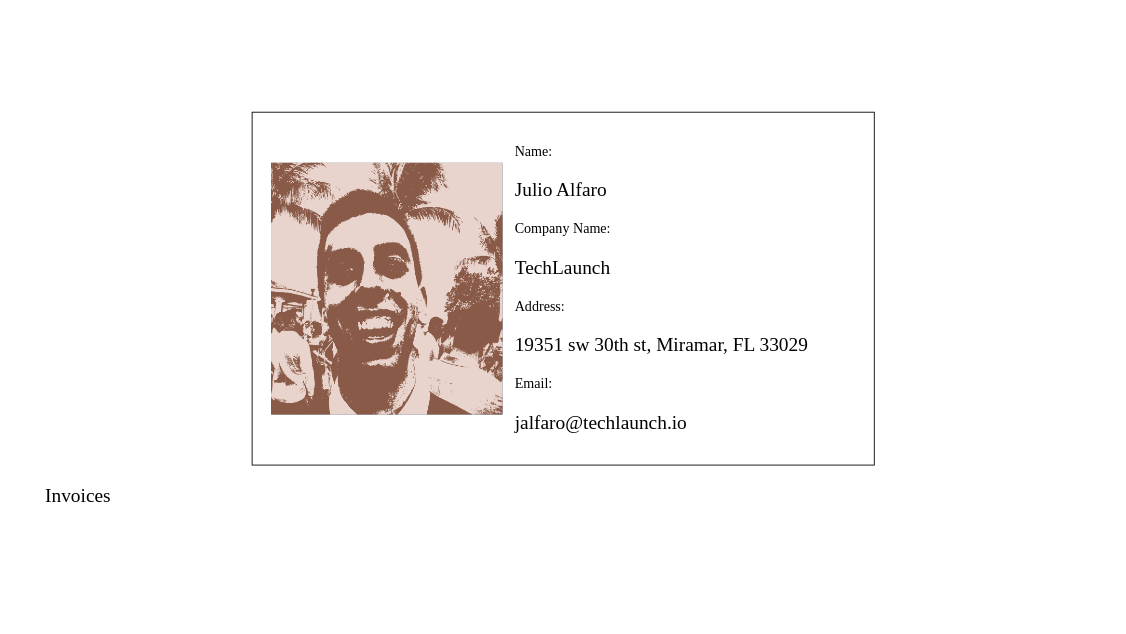
Repository: Juliolikescoding/WEB1100_invoice_app
Page: index.html
These files come from the project's save history. The page is drawn as it stood at one moment and after the next save; the edit follows.
The browser window is 1280 px wide. The pictures show the whole page, at 88% of full size.
Some web fonts or font styles are not loaded; a fallback is used.

Above is the page before, as saved 2018-05-17 18:34:22.

### index.html
<!DOCTYPE html>
<html lang="es">
<head>
    <meta charset="UTF-8">
    <meta name="viewport" content="width=device-width, initial-scale=1.0">
    <meta http-equiv="X-UA-Compatible" content="ie=edge">
    <link href="https://fonts.googleapis.com/css?family=Nobile" rel="stylesheet">
    <title>Invoice App</title>
    <style>
        body{
            margin: 10% 4% 4% 4%;
        }
        .userContainer{
            display: flex;
            height: 25em;
            align-items: center;
            justify-content: center;
        }
        .invoiceContainer{
            margin-top: 4em;
            display: flex;
            flex-wrap: wrap;
            width:100%;
            height: auto;
        }
        .userProfile{
            border: 1px solid black;
            display: flex;
            width: 60%;
            height: 100%;
        }
        .user{
            height: auto;
        }
        #picContainer{
            width: 40%;
            margin: 8% 0% 8% 3%;
            background-color: #4D6076;
        }
        #infoContainer{
            margin: 5% 2% 2% 2%;
            width: 60%;
            font-family: Nobile;
	        font-size: 16px;
        }
        p{
            font-size: 22px;
        }
        img{
            position: relative;
            width: 100%;
            height: 100%;
        }
        .invoice{
            border: 1px solid black;
            margin: 6% 3% 0% 3%;
            padding: 2%;
            width: 250px;
            height: auto;

        }
        .invoice > p{
            position: relative;
            margin: 5px;
            left: 25%;
            font-size: 18px;
        }
    </style>
</head>
<body>
     <div class="userContainer">
         <div class="userProfile">
             <div class="user" id="picContainer">
                 <img  " alt="there should be a logo here.">
             </div>
             <div class="user" id="infoContainer">
                 Name:
                 <p class="name"></p>
                 Company Name:
                 <p class="companyName"></p>
                 Address:
                 <p class="address"></p>
                 Email:
                 <p class="email"></p>
             </div>
         </div>
     </div>
     <p>Invoices</p>
    <script>
        //Fake it til you make it Database
        var user = {
            name:"Julio Alfaro" ,
            companyName:"TechLaunch" ,
            address: "19351 sw 30th st, Miramar, FL 33029",
            email:"jalfaro@techlaunch.io" ,
            picture: "profile.png"
        }

        // var invoices = [
        //     {
        //         inv_id: "0156321",
        //         companyName: user.companyName,
        //         date: "9/7/2017",
        //         order: "Dell Computers",
        //         amount: 3,
        //         cost: 3457.67,
        //         paid: 3457.67
        //     },
        //     {
        //         inv_id: "0145632",
        //         companyName: user.companyName,
        //         date: "1/5/2017",
        //         order: "HP Printers",
        //         amount: 2,
        //         cost: 248.00,
        //         paid: 150.00
        //     },
        //     {
        //         inv_id: "0132110",
        //         companyName: user.companyName,
        //         date: "6/14/2016",
        //         order: "Marketing Coffee Mugs",
        //         amount: 160,
        //         cost: 414.00,
        //         paid: 414.00
        //     }

        // ]


        // //element selectors
        document.querySelector(".name").textContent = user.name
        document.querySelector(".companyName").textContent = user.companyName
        document.querySelector(".address").textContent = user.address
        document.querySelector(".email").textContent = user.email
        document.querySelector("img").src = user.picture
        // //adding invoices
        // for(var i=0; i<invoices.length; i++){
        //     document.querySelector('.invoiceContainer').innerHTML += `
        //     <div class="invoice" id=${invoices[i].inv_id}>
        //         Invoice #:   <br/>
        //         <p>${} </p>
        //         Company Name:   <br />
        //         <p>${} </p>
        //         Date:  <br />
        //         <p> ${} </p>
        //         Order:  <br />
        //         <p>${} </p>
        //         Amount:   <br />
        //         <p>${} </p>
        //         Cost:       <br />
        //         <p>$${} </p>
        //         Paid:       <br />
        //         <p> $${} </p>
        //         Owed:        <br />
        //         <p>$${} </p>
        //     </div>
        //     `
        // }


    </script>
</body>
</html>

After the next save:
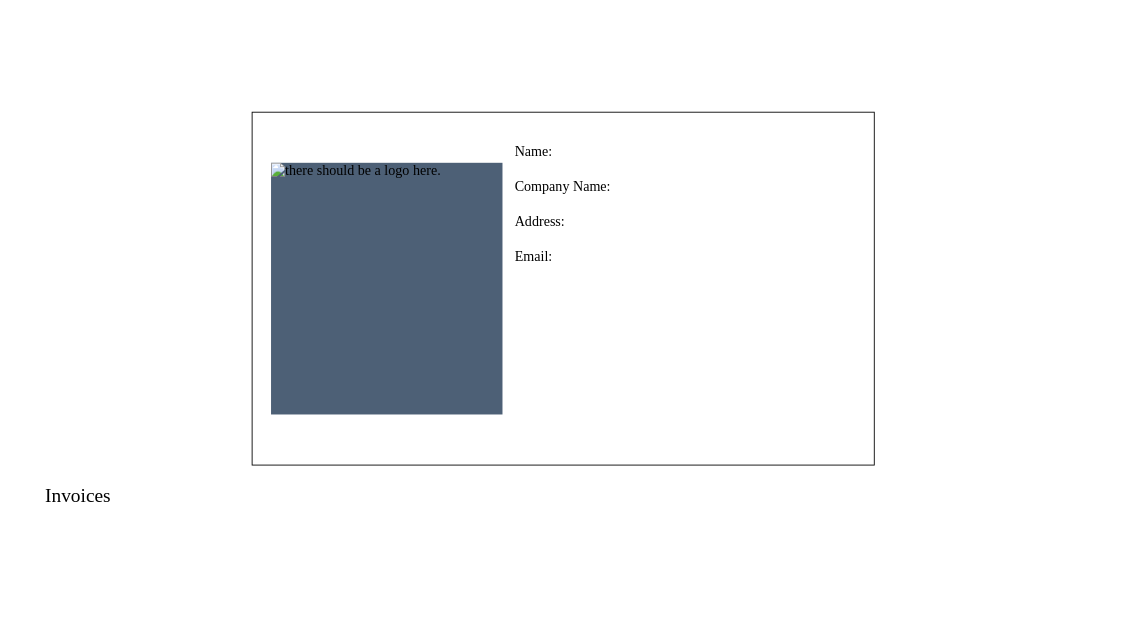
Console error: SyntaxError: Unexpected token '}'
Saved 26 min 3 s later.
--- a/index.html
+++ b/index.html
@@ -86,6 +86,9 @@
          </div>
      </div>
      <p>Invoices</p>
+     <div class="invoiceContainer">
+
+     </div>
     <script>
         //Fake it til you make it Database
         var user = {
@@ -96,36 +99,36 @@
             picture: "profile.png"
         }
 
-        // var invoices = [
-        //     {
-        //         inv_id: "0156321",
-        //         companyName: user.companyName,
-        //         date: "9/7/2017",
-        //         order: "Dell Computers",
-        //         amount: 3,
-        //         cost: 3457.67,
-        //         paid: 3457.67
-        //     },
-        //     {
-        //         inv_id: "0145632",
-        //         companyName: user.companyName,
-        //         date: "1/5/2017",
-        //         order: "HP Printers",
-        //         amount: 2,
-        //         cost: 248.00,
-        //         paid: 150.00
-        //     },
-        //     {
-        //         inv_id: "0132110",
-        //         companyName: user.companyName,
-        //         date: "6/14/2016",
-        //         order: "Marketing Coffee Mugs",
-        //         amount: 160,
-        //         cost: 414.00,
-        //         paid: 414.00
-        //     }
+        var invoices = [
+            {
+                inv_id: "0156321",
+                companyName: user.companyName,
+                date: "9/7/2017",
+                order: "Dell Computers",
+                amount: 3,
+                cost: 3457.67,
+                paid: 3457.67
+            },
+            {
+                inv_id: "0145632",
+                companyName: user.companyName,
+                date: "1/5/2017",
+                order: "HP Printers",
+                amount: 2,
+                cost: 248.00,
+                paid: 150.00
+            },
+            {
+                inv_id: "0132110",
+                companyName: user.companyName,
+                date: "6/14/2016",
+                order: "Marketing Coffee Mugs",
+                amount: 160,
+                cost: 414.00,
+                paid: 414.00
+            }
 
-        // ]
+        ]
 
 
         // //element selectors
@@ -134,29 +137,29 @@
         document.querySelector(".address").textContent = user.address
         document.querySelector(".email").textContent = user.email
         document.querySelector("img").src = user.picture
-        // //adding invoices
-        // for(var i=0; i<invoices.length; i++){
-        //     document.querySelector('.invoiceContainer').innerHTML += `
-        //     <div class="invoice" id=${invoices[i].inv_id}>
-        //         Invoice #:   <br/>
-        //         <p>${} </p>
-        //         Company Name:   <br />
-        //         <p>${} </p>
-        //         Date:  <br />
-        //         <p> ${} </p>
-        //         Order:  <br />
-        //         <p>${} </p>
-        //         Amount:   <br />
-        //         <p>${} </p>
-        //         Cost:       <br />
-        //         <p>$${} </p>
-        //         Paid:       <br />
-        //         <p> $${} </p>
-        //         Owed:        <br />
-        //         <p>$${} </p>
-        //     </div>
-        //     `
-        // }
+        //adding invoices
+        for(var i=0; i<invoices.length; i++){
+            document.querySelector('.invoiceContainer').innerHTML += `
+            <div class="invoice" id=${invoices[i].inv_id}>
+                Invoice #:   <br/>
+                <p>${invoices[i].inv_id} </p>
+                Company Name:   <br/>
+                <p>${invoices[i].companyName} </p>
+                Date:  <br />
+                <p> ${invoices[i].date} </p>
+                Order:  <br />
+                <p>${invoices[i].order} </p>
+                Amount:   <br />
+                <p>${invoices[i].amount} </p>
+                Cost:       <br />
+                <p>$${invoices[i].cost} </p>
+                Paid:       <br />
+                <p> $${invoices[i].paid} </p>
+                Owed:        <br />
+                <p>$${} </p>
+            </div>
+            `
+        }
 
 
     </script>

After the save that followed:
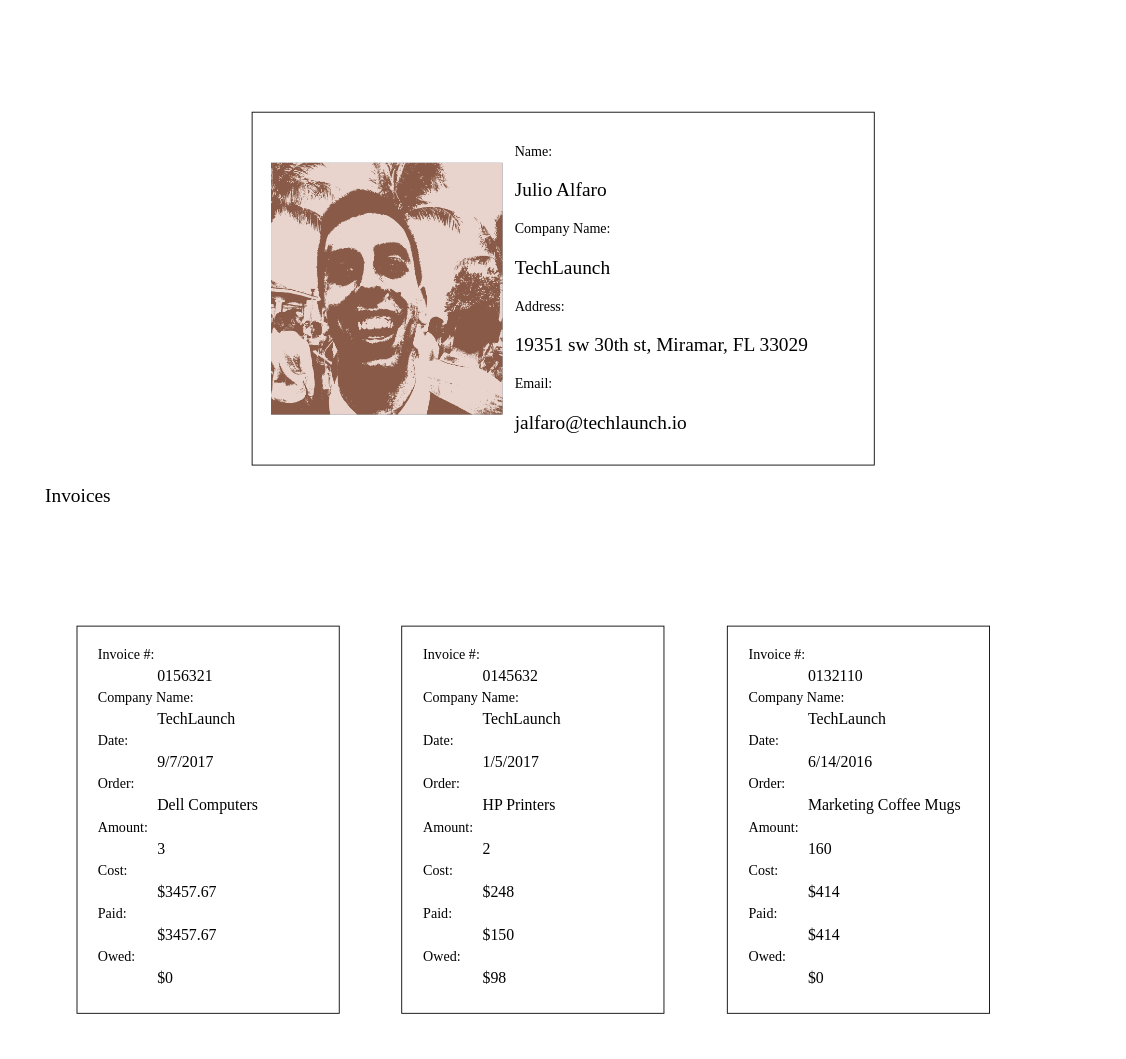
The error is gone.
Saved 7 min 52 s later.
--- a/index.html
+++ b/index.html
@@ -156,7 +156,7 @@
                 Paid:       <br />
                 <p> $${invoices[i].paid} </p>
                 Owed:        <br />
-                <p>$${} </p>
+                <p>$${invoices[i].cost - invoices[i].paid} </p>
             </div>
             `
         }
